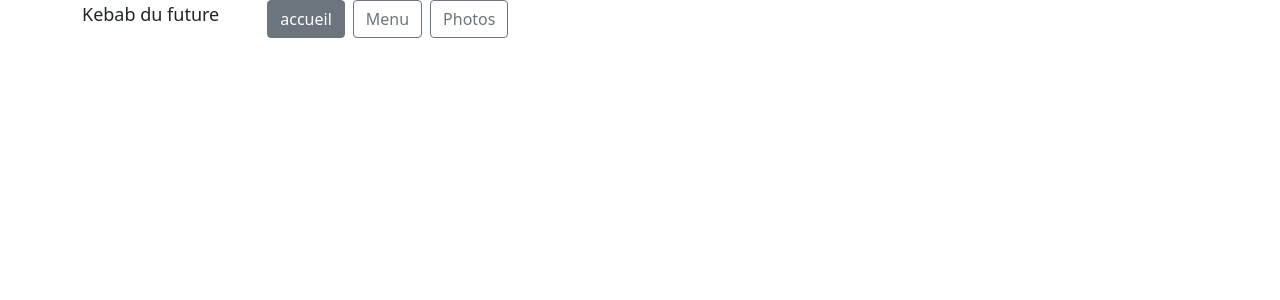
Repository: phbord/THP-js-exercices-manipulation-DOM
Page: index.html
The author's editor kept a copy of each file at every save. The page is drawn from the files as they stood at one save, then again after a run of saves.
The browser window is 1280 px wide. The pictures show the whole page.

Above is the page before, as saved 2021-07-19 11:01:29.

### index.html
<!DOCTYPE HTML>
<html lang="fr">
    <head>
        <title></title>
        <meta charset="utf-8">
        <link href="https://cdn.jsdelivr.net/npm/bootstrap@5.0.2/dist/css/bootstrap.min.css"
                rel="stylesheet"
                integrity="sha384-EVSTQN3/azprG1Anm3QDgpJLIm9Nao0Yz1ztcQTwFspd3yD65VohhpuuCOmLASjC"
                crossorigin="anonymous">
        <link rel="stylesheet" href="./styles/main.css">
    </head>
    <body>
        <!-- HEADER -->
        <header>
            <nav class="container d-flex align-items-center">
                <div class="me-5" href="#">
                    <h1>Kebab du future</h1>
                </div>
                <ul class="d-flex">
                    <li class="me-2">
                        <a class="btn btn-secondary" href="#">accueil</a>
                    </li>
                    <li class="me-2">
                        <a class="btn btn-outline-secondary" href="#">Menu</a>
                    </li>
                    <li>
                        <a class="btn btn-outline-secondary" href="#">Photos</a>
                    </li>
                </ul>
            </nav>
        </header>

        <!-- ACCUEIL -->

        <!-- MENU -->

        <!-- PHOTOS -->


        <!-- SCRIPTS -->
        <script src="./scripts/main.js"></script>
    </body>
</html>

### styles/main.css
@import url('https://fonts.googleapis.com/css2?family=Montserrat:wght@100;200;300;400;500;600;700;800;900&display=swap');

body {
    font-family:
}

ul,li {
    margin: 0;
    padding: 0;
    list-style: none;
}

header h1 {
    font-size: 18px;
}

Loaded but not shown: scripts/main.js (no copy from this time; the picture is the same without it)

After the next 2 saves:
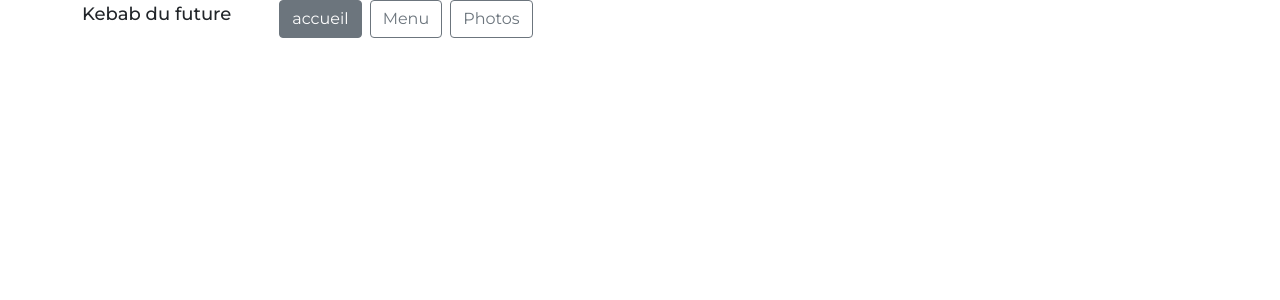
The 2 saves are shown as one change because they came seconds apart.
The last was saved 6 s later.
--- a/styles/main.css
+++ b/styles/main.css
@@ -1,7 +1,7 @@
 @import url('https://fonts.googleapis.com/css2?family=Montserrat:wght@100;200;300;400;500;600;700;800;900&display=swap');
 
 body {
-    font-family:
+    font-family: Montserrat;
 }
 
 ul,li {
